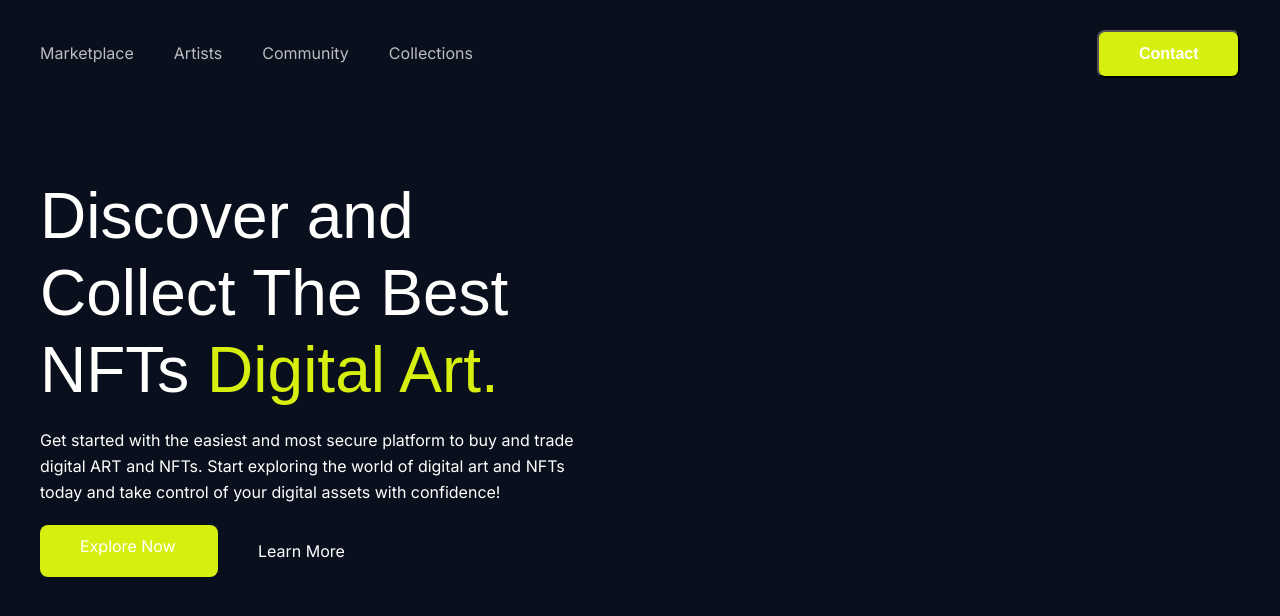
Repository: Kamron5505/NftMarketplace
Page: index.html
These files come from the project's save history. The page is drawn as it stood at one moment and after the next save; the edit follows.
The browser window is 1280 px wide. The pictures show the whole page.
Some web fonts or font styles are not loaded; a fallback is used.

Above is the page before, as saved 2025-07-08 13:07:30.

### index.html
<!DOCTYPE html>
<html lang="en">

<head>
    <meta charset="UTF-8">
    <meta name="viewport" content="width=device-width, initial-scale=1.0">
    <title>NFTMarketplace Landing</title>
    <link rel="stylesheet" href="./style.css">
    <link
        href="https://fonts.googleapis.com/css2?family=Inter:wght@400;600;700&family=Source+Sans+Pro:wght@400;600;700&display=swap"
        rel="stylesheet">
</head>

<body>
    <header class="header">
        <div class="container">
            <nav class="nav">
                <ul class="nav-list">
                    <li class="nav-item"><a href="#" class="nav-link">Marketplace</a></li>
                    <li class="nav-item"><a href="#" class="nav-link">Artists</a></li>
                    <li class="nav-item"><a href="#" class="nav-link">Community</a></li>
                    <li class="nav-item"><a href="#" class="nav-link">Collections</a></li>
                </ul>
                <button class="header-contact-btn">Contact</button>
            </nav>
        </div>
    </header>
    <main class="main">
        <section class="nft-section">
            <div class="container">
                <div class="nft-wrapper">
                    <div class="content-left">
                        <h1 class="title">
                            Discover and <br>
                            Collect The Best <br>
                            NFTs <span class="highlight"> Digital Art.</span>
                        </h1>

                        <p class="description">
                            Get started with the easiest and most secure platform to buy and trade digital ART and NFTs.
                            Start exploring the world of digital art and NFTs today and take control of your digital
                            assets with confidence!
                        </p>

                        <div class="buttons">
                            <a href="#" class="btn btn-primary">Explore Now</a>
                            <a href="#" class="btn btn-secondary">Learn More</a>
                        </div>

                        <!-- <div class="stats">
                            <div class="stat">
                                <div class="number">8.9K</div>
                                <div class="label">Art work</div>
                            </div>
                            <div class="stat">
                                <div class="number">65K</div>
                                <div class="label">Artist</div>
                            </div>
                            <div class="stat">
                                <div class="number">87K</div>
                                <div class="label">Collection</div>
                            </div>
                        </div>
                    </div> -->
                    <!-- <div class="content-right">
                        <div class="card">
                            <img src="nft-image.jpg" alt="NFT Image" class="card-image">
                            <div class="card-info">
                                <div class="card-timer">
                                    <span>Ends in</span>
                                    <span class="time">05:45:47</span>
                                </div>
                                <div class="card-bid">
                                    <span>Current bid</span>
                                    <span class="eth">0.24 ETH</span>
                                </div>
                                <a href="#" class="btn btn-bid">Place A Bid</a>
                            </div>
                        </div>
                    </div> -->
                </div>
            </div>
        </section>
    </main>
</body>

</html>

### style.css
@font-face {
    font-family: 'Canela';
    src: url('../fonts/Canela-Bold.woff2') format('woff2');
    font-weight: bold;
    font-style: normal;
}

* {
    margin: 0;
    padding: 0;
    text-decoration: none;
    list-style: none;
    box-sizing: border-box;
}

body {
    background: #090f1d;
    color: #fffffd;
}

:root {
    --font-family: "Inter", sans-serif;
    ---family: "Source Sans Pro", sans-serif;
    --font-family: "Canela", sans-serif;
}

h1,
h2,
h3,
h4,
h5,
h6 {
    font-family: "Canela", sans-serif;
    font-weight: bold;
    font-weight: 500;
    font-size: 64px;
    line-height: 120%;
    color: #fffffd;
}

:root {
    --font-family: "Inter", sans-serif;
    --second-family: "Source Sans Pro", sans-serif;
    --third-family: "Canela", sans-serif;
}

.highlight {
    color: #d6ef0e;
}

.header {
    margin-top: 30px;
    font-family: "Inter", sans-serif;
}

.container {
    width: 1200px;
    margin: 0 auto;
}

.nav {
    display: flex;
    align-items: center;
    justify-content: space-between;
}

.nav-list {
    display: flex;
    gap: 40px;
}


.nav-link {
    font-weight: 400;
    font-size: 16px;
    line-height: 160%;
    color: rgba(255, 255, 253, 0.72);
}

.nav-link:hover {
    border-bottom: 1px solid #d6ef0e;
    width: 94px;
    height: 26px;
    transition: all 0.3s ease;
}

.header-contact-btn {
    background: #d6ef0e;
    border-radius: 8px;
    padding: 12px 40px;
    width: 143px;
    height: 48px;
    font-weight: 700;
    font-size: 16px;
    line-height: 120%;
    color: #fff;
}



.nft-section {
    margin-top: 100px;
}


.nft-wrapper {}

.content-left {}

.title {}

.highlight {}

.description {
    font-family: "Inter", sans-serif;
    font-weight: 400;
    font-size: 16px;
    width: 544px;
    line-height: 160%;
    color: #fffffd;
    margin-top: 20px;
}

.buttons {
    display: flex;
    gap: 40px;
    align-items: center;
    margin-top: 20px;
}

.btn {
    font-family: "Inter", sans-serif;
    /* font-weight: 700; */
    font-size: 16px;
    line-height: 120%;
    color: #fff;
    /* display: flex; */
    /* align-items: center; */
    /* justify-content: center; */
}

.btn-primary {
    border-radius: 8px;
    padding: 12px 40px;
    width: 178px;
    height: 52px;
    background: #d6ef0e;
}

.btn-secondary {}

After the next save:
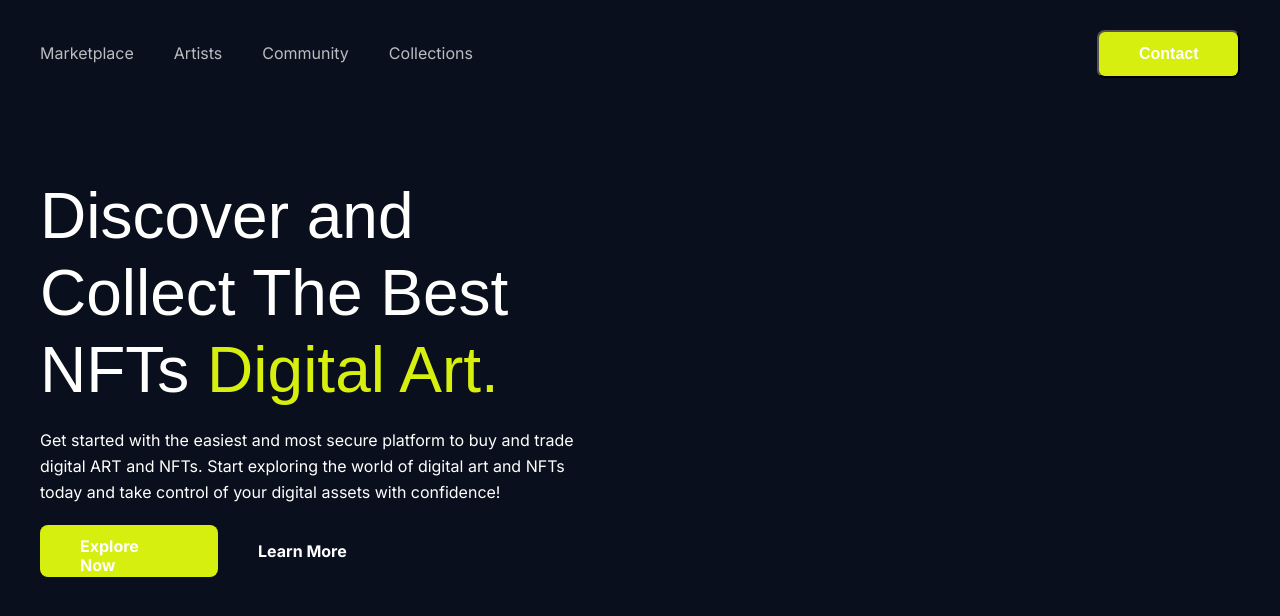
Saved 4 s later.
--- a/style.css
+++ b/style.css
@@ -130,7 +130,7 @@ h6 {
 
 .btn {
     font-family: "Inter", sans-serif;
-    /* font-weight: 700; */
+    font-weight: 700;
     font-size: 16px;
     line-height: 120%;
     color: #fff;
